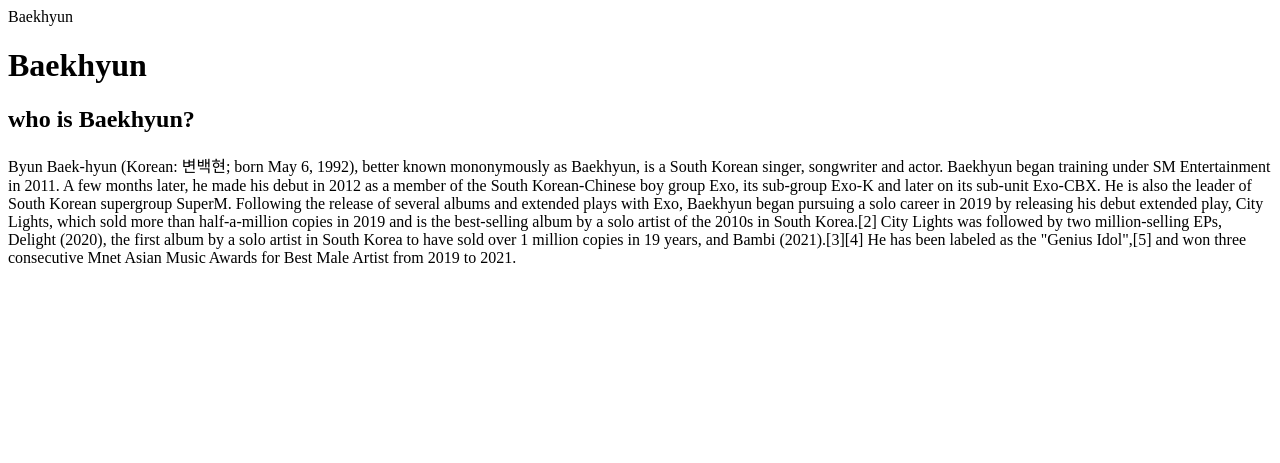
Repository: ivyexo/homework1
Page: baekhyun.html
The author's editor kept a copy of each file at every save. The page is drawn from the files as they stood at one save, then again after the next save.
The browser window is 1280 px wide. The pictures show the whole page.

Above is the page before, as saved 2023-02-04 20:26:50.

### baekhyun.html
<!DOCTYPE html>
<html lang="en">
  <head>
    <meta charset="UTF-8" />
    <meta http-equiv="X-UA-Compatible" content="IE=edge" />
    <meta name="viewport" content="width=device-width, initial-scale=1.0" />
    <title>Document</title>
  </head>
  <body>
    Baekhyun
    <h1>Baekhyun</h1>
    <h2>who is Baekhyun?</h2>
    <p>
      Byun Baek-hyun (Korean: 변백현; born May 6, 1992), better known
      mononymously as Baekhyun, is a South Korean singer, songwriter and actor.
      Baekhyun began training under SM Entertainment in 2011. A few months
      later, he made his debut in 2012 as a member of the South Korean-Chinese
      boy group Exo, its sub-group Exo-K and later on its sub-unit Exo-CBX. He
      is also the leader of South Korean supergroup SuperM. Following the
      release of several albums and extended plays with Exo, Baekhyun began
      pursuing a solo career in 2019 by releasing his debut extended play, City
      Lights, which sold more than half-a-million copies in 2019 and is the
      best-selling album by a solo artist of the 2010s in South Korea.[2] City
      Lights was followed by two million-selling EPs, Delight (2020), the first
      album by a solo artist in South Korea to have sold over 1 million copies
      in 19 years, and Bambi (2021).[3][4] He has been labeled as the "Genius
      Idol",[5] and won three consecutive Mnet Asian Music Awards for Best Male
      Artist from 2019 to 2021.
    </p>
  </body>
</html>

After the next save:
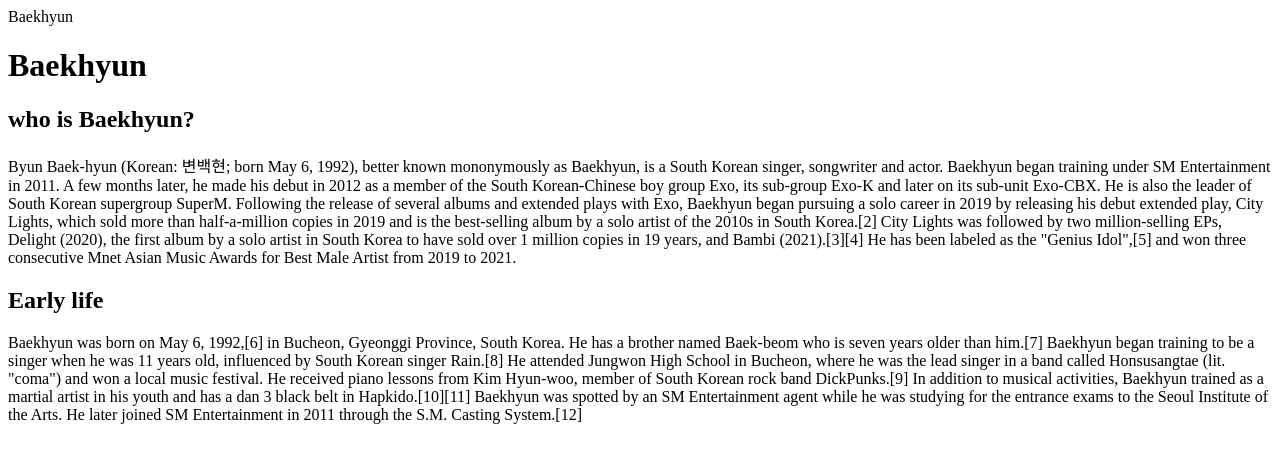
Saved 47 s later.
--- a/baekhyun.html
+++ b/baekhyun.html
@@ -27,5 +27,20 @@
       Idol",[5] and won three consecutive Mnet Asian Music Awards for Best Male
       Artist from 2019 to 2021.
     </p>
+    <h2>Early life</h2>
+    <p>
+      Baekhyun was born on May 6, 1992,[6] in Bucheon, Gyeonggi Province, South
+      Korea. He has a brother named Baek-beom who is seven years older than
+      him.[7] Baekhyun began training to be a singer when he was 11 years old,
+      influenced by South Korean singer Rain.[8] He attended Jungwon High School
+      in Bucheon, where he was the lead singer in a band called Honsusangtae
+      (lit. "coma") and won a local music festival. He received piano lessons
+      from Kim Hyun-woo, member of South Korean rock band DickPunks.[9] In
+      addition to musical activities, Baekhyun trained as a martial artist in
+      his youth and has a dan 3 black belt in Hapkido.[10][11] Baekhyun was
+      spotted by an SM Entertainment agent while he was studying for the
+      entrance exams to the Seoul Institute of the Arts. He later joined SM
+      Entertainment in 2011 through the S.M. Casting System.[12]
+    </p>
   </body>
 </html>
